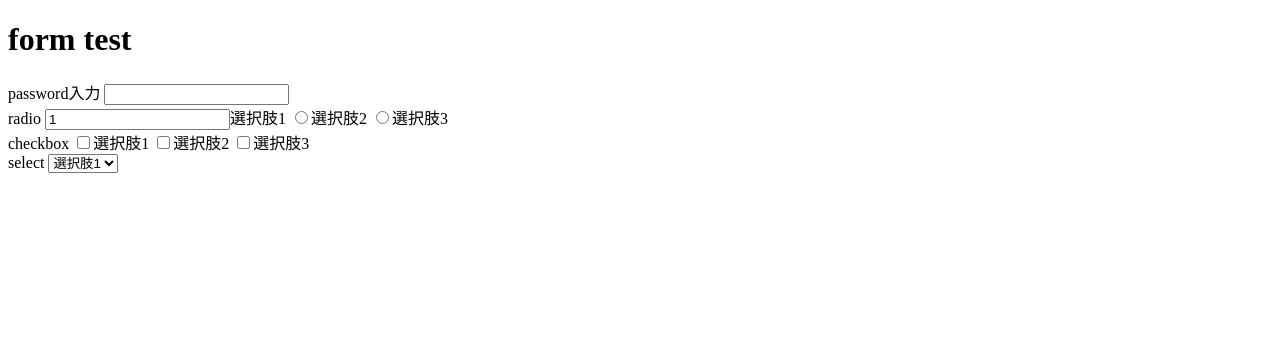
Repository: NishidaShiko/kadai
Page: form2.html
The author's editor kept a record of every edit. The page is drawn from the files as they stood at one moment, then again after the next edit.
The browser window is 1280 px wide. The pictures show the whole page.

Above is the page before.

After the next edit:
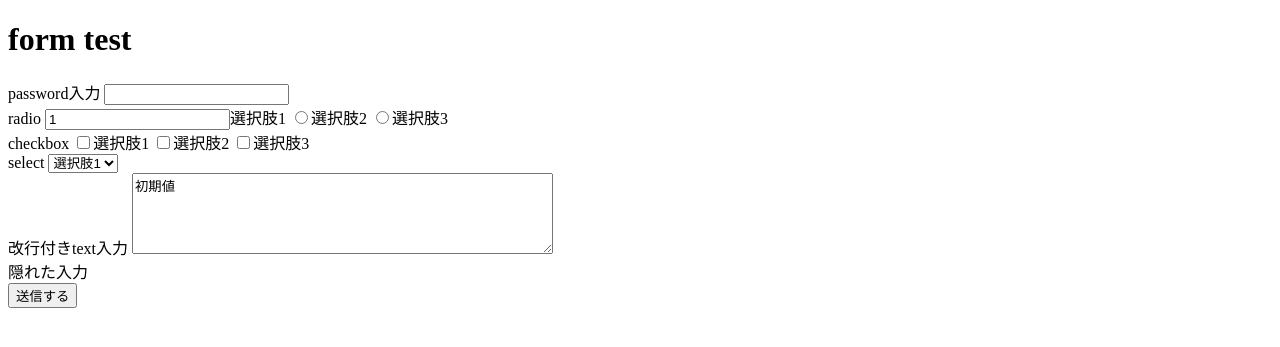
The edit:
--- a/form2.html
+++ b/form2.html
@@ -19,7 +19,11 @@
                 <option value="選択肢1">選択肢1</option>
                 <option value="選択肢2">選択肢2</option>
                 <option value="選択肢3">選択肢3</option>
-            </select>
+            </select><br>
+            改行付きtext入力 <textarea name="tarea" cols="50" rows="5">初期値</textarea><br>
+
+             隠れた入力 <input name="hide" type="hidden" value="hidden string"><br>
+            <button>送信する</button>
         </form>
     </body>
 </html>
